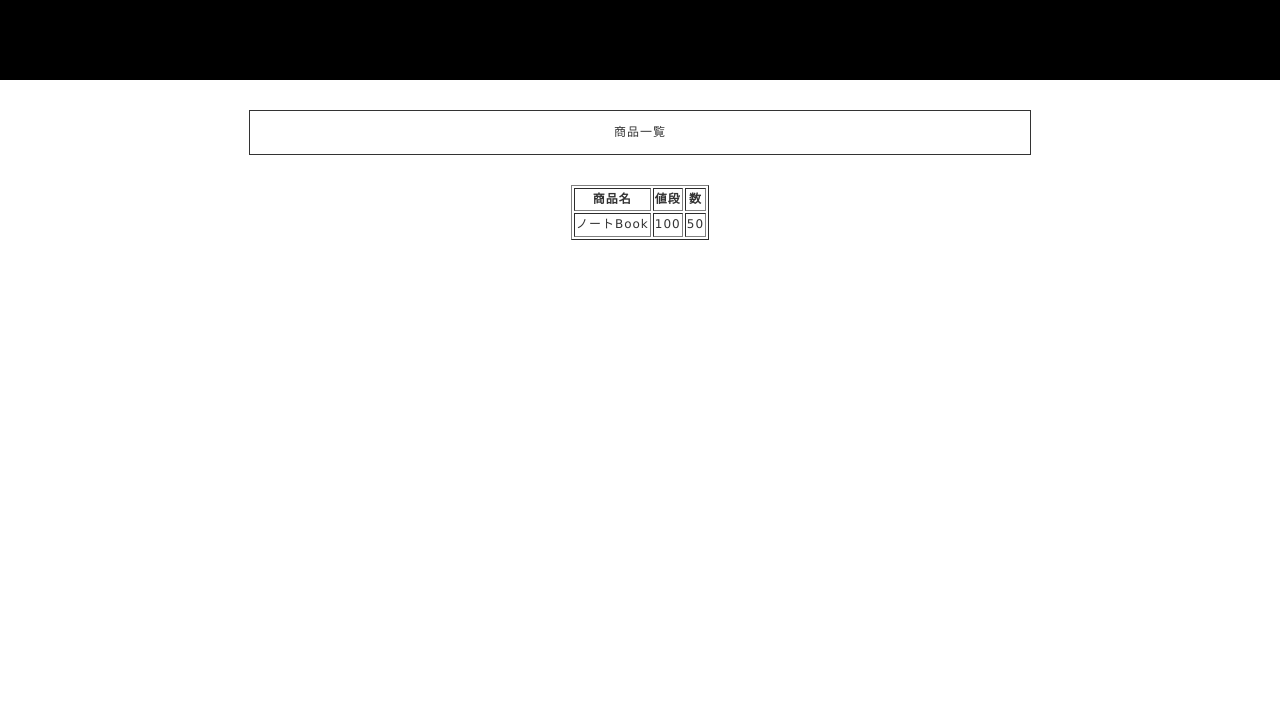
Repository: kazuki000/test
Page: http://localhost/ecsite/ItemListAction.action
An editor plug-in stored every save of this project. The page is shown before and after the next save, followed by the edit.
The browser window is 1280 px wide. The pictures show the whole page.
The page is served by Tomcat 9. The database holds what the project's SQL file puts in it.

Above is the page before, as saved 2019-05-03 10:04:50.

After the next save:
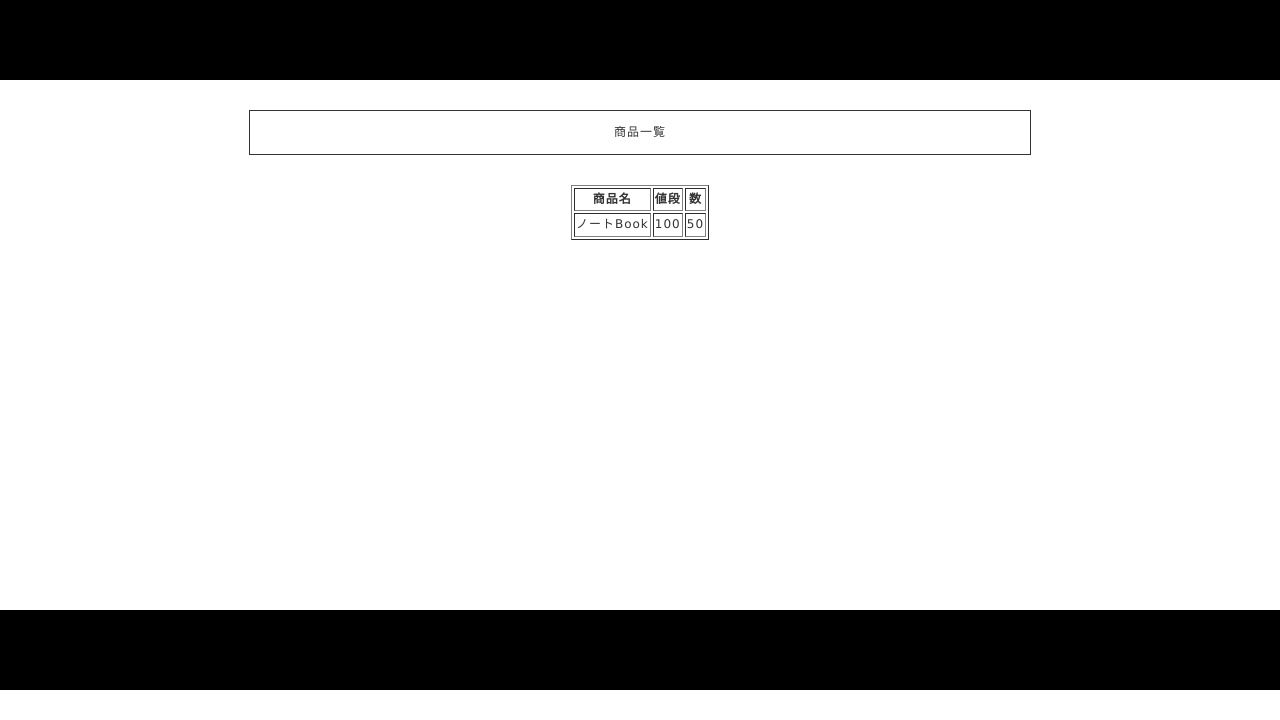
Saved 24 s later.
--- a/ecsite/WebContent/itemList.jsp
+++ b/ecsite/WebContent/itemList.jsp
@@ -51,7 +51,7 @@
 	#footer{
 		width:100%;
 		height:80px;
-		text-align:center;
+		background-color:black;
 	}
 
 	</style>
